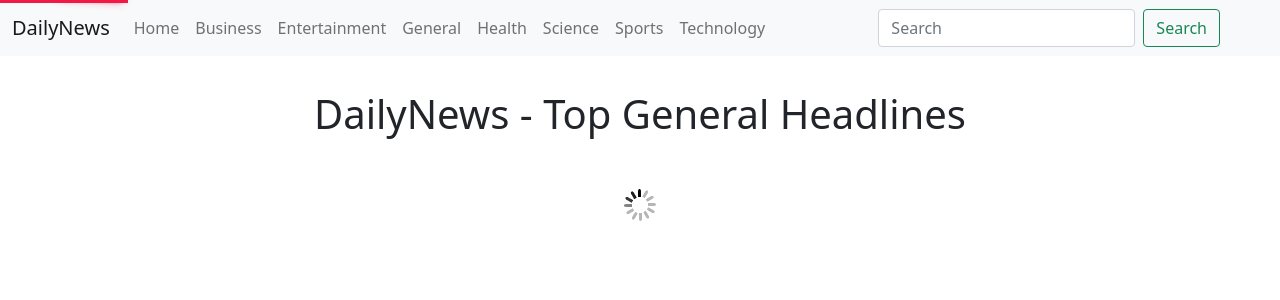
Repository: Bikki084/Daily_News
Page: /
The author's editor kept a copy of each file at every save. The page is drawn from the files as they stood at one save, then again after a run of saves.
The browser window is 1280 px wide. The pictures show the whole page.
The page's requests for data from a server got no answer. The project was rebuilt for these pictures with package versions that can differ from the ones it lists, and the page was loaded fresh each time. No one was signed in, and anything a server would have sent is missing. Also part of the build but not shown: src/App.css, src/components/NewsItem.js.

Above is the page before, as saved 2021-12-21 23:31:29.

After the next 2 saves:
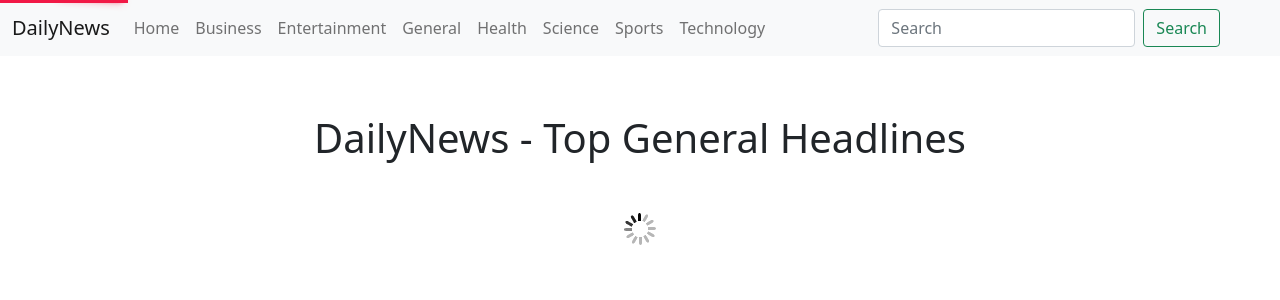
The 2 saves are shown as one change because they came seconds apart.
The last was saved 111 s later.
--- a/src/App.js
+++ b/src/App.js
@@ -16,6 +16,7 @@ const App = ()=> {
       <div>
         <Router>
         <NavBar/>
+        <Search/>
         <LoadingBar
         height={3}
         color='#f11946'
@@ -30,7 +31,7 @@ const App = ()=> {
           <Route exact path="/science"><News setProgress={setProgress} apiKey={apiKey} key="science" pageSize={pageSize} country="in" category="science"/></Route>
           <Route exact path="/sports"><News setProgress={setProgress} apiKey={apiKey} key="sports" pageSize={pageSize} country="in" category="sports"/></Route>
           <Route exact path="/technology"><News setProgress={setProgress} apiKey={apiKey} key="technology" pageSize={pageSize} country="in" category="technology"/></Route>
-          <Search/>
+
         </Switch>
         </Router>
       </div>
